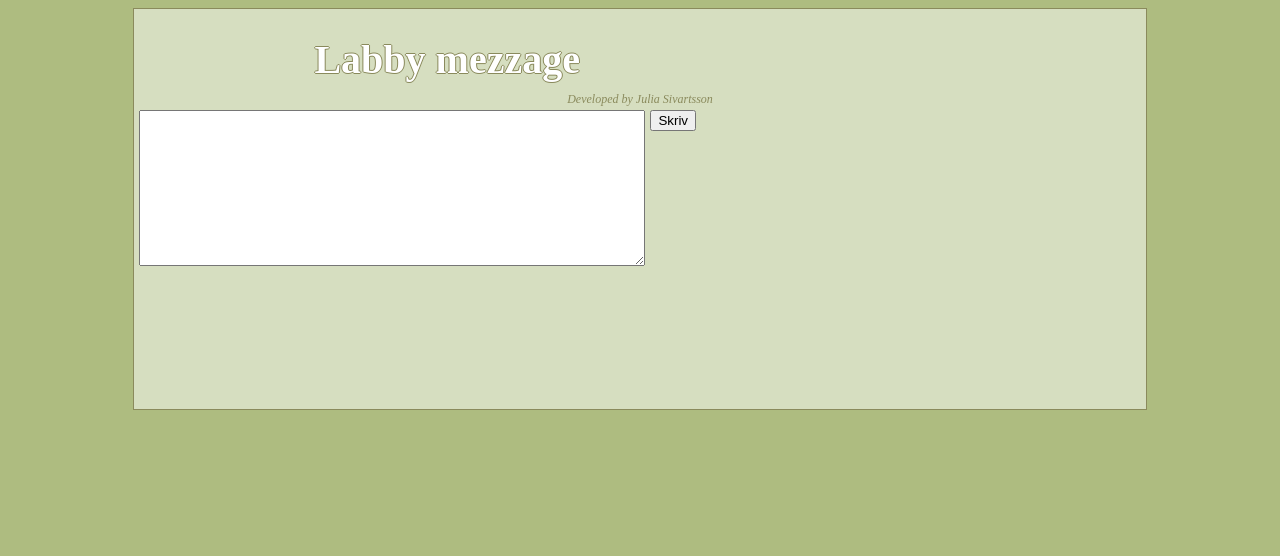
Repository: JuliaSivartsson/1dv403-jsigc09-laborationer
Page: 2-labbymezzage/Extraupgift/index.html
The author's editor kept a record of every edit. The page is drawn from the files as they stood at one moment, then again after the next edit.
The browser window is 1280 px wide. The pictures show the whole page.

Above is the page before.
Console error (its wording comes from the project's code and is left out).

### 2-labbymezzage/Extraupgift/index.html
<!DOCTYPE html>
<html lang="sv">
<head>
	<meta charset="UTF-8" />
    <link rel="stylesheet" type="text/css" href="css/style.css">
 	<title>Labby message</title>
</head>
    <body>
        <div id="content">
            <h1>Labby mezzage</h1>

            <div id="board1">
                <!--<div id="text">
                    <div id="count" class="right"></div>
                    <form action="post" name="form">
                        <textarea id="messagearea" name="messagearea" placeholder="write your message here"></textarea>
                        <input id="sendmessage" class="right button" type="button" value="Submit">
                    </form>
                    </div>
                    <div id="viewmessages">
                </div>-->
            </div>
            <div id="board2">
                <!--<div id="text">
                    <div id="count" class="right"></div>
                    <form action="post" name="form">
                        <textarea id="messagearea" name="messagearea" placeholder="write your message here"></textarea>
                        <input id="sendmessage" class="right button" type="button" value="Submit">
                    </form>
                    </div>
                    <div id="viewmessages">
                </div>-->
            </div>
        </div>

    	  <script src="js/MessageBoard.js"></script>
    	  <script src="js/Message.js"></script>

    </body>
<footer>
    <p>Developed by Julia Sivartsson</p>
</footer>
</html>

### 2-labbymezzage/Extraupgift/css/style.css
body{
    background-color: #AEBC80;
       font-family: serif;
       color: #8A8A5C;
}

h1{
   color: #fff;
   margin-left: 180px;
   font-size: 40px;
    text-shadow: -1px 0 #8A8A5C, 0 1px #8A8A5C, 1px 0 #8A8A5C, 0 -1px #8A8A5C;
}

#content{
    width: 80%;
    height: 400px;
    margin: 0 auto;
    border: 1px solid #8A8A5C;
    background-color: #D6DEC0;

}

#board1{
    float: left;
}

#board2{
    float: right;
}

#text{
    width: 520px;
    height: 220px;
    background-color: #fff;
    margin: 10px 20px 0 40px;
}

#text p{
    font-size: 15px;
    margin: 0 30px;
    padding-top: 10px;
}

#viewmessages{
    background-color: #D6DEC0;
    padding-left: 10px;
}

textarea{
    margin: 0 5px 5px;
    width: 500px;
    height: 150px;
}

footer{
    position: relative;
    top: -330px;
    width: 500px;
    height: 30px;
    margin: 0 auto;
}

footer p{
    font-size: 12px;
    font-style: italic;
    text-align: center;
}

.right{
    float: right;
    margin-right: 10px;
}

.button{
    float: right;
}

span{
    font-size: 10px;
}

### 2-labbymezzage/Extraupgift/js/MessageBoard.js
"use strict";

window.onload = function(){
    new MessageBoard("board1");
    new MessageBoard("board2");
    };

function MessageBoard(containerId){
    this.rootId = document.getElementById(containerId);
    this.messages = [];

    //Run methods on creation
    this.drawBoards();
    this.renderMessages();
}



MessageBoard.prototype.createMessage = function(){
        //Skapa nytt meddelande
        var text;
        var newMessage;

        text = this.rootId.getElementsByClassName("textarea")[0];
        console.log(text.value);

        //Är fältet tomt så händer ingenting
        if(text !== ""){
            newMessage = new Message(text, new Date());
        }



        this.messages.push(newMessage);
        this.renderMessages();

        text = "";
};

MessageBoard.prototype.renderMessage = function(messageID){
        //Skriv ut ETT meddelande

        var that = this;

        var mezzageShow = document.createElement("div");

        var viewmessages;
        var imgClock;
        var aClock;
        var imgRemove;
        var aRemove;
        var messageText;
        var spanTime;
        var time;
        var hr;



        MessageBoard.count();

    //Tidknapp
        imgClock = document.createElement("img");
        imgClock.setAttribute("src", "img/clock1.png");
        imgClock.setAttribute("alt", "Time");

        aClock = document.createElement("a");
        aClock.setAttribute("href", "#");
        aClock.setAttribute("class", "right");
        aClock.appendChild(imgClock);

        aClock.onclick = function(){
            alert(MessageBoard.messages[messageID].getDateText());
        };

    //Ta bort knapp
        imgRemove = document.createElement("img");
        imgRemove.setAttribute("src", "img/remove1.png");
        imgRemove.setAttribute("alt", "delete");

        aRemove = document.createElement("a");
        aRemove.setAttribute("href", "#");
        aRemove.setAttribute("class", "right");
        aRemove.appendChild(imgRemove);

        aRemove.onclick = function(){
            if(confirm("Are you sure you want to delete this message?")){
                MessageBoard.deleteMessage(messageID);
            }
            else{

            }
        };

    //Meddelandetext
        messageText = document.createElement("p");
        messageText.innerHTML = MessageBoard.messages[messageID].getHTMLText();
        var ourTime = new Date();

    //Tidsstämpel
        spanTime = document.createElement("span");
        time = ourTime.toLocaleTimeString();
        spanTime.innerHTML = time;

    //HR-tagg
        hr = document.createElement("hr");

        mezzageShow.appendChild(aClock);
        mezzageShow.appendChild(aRemove);
        mezzageShow.appendChild(messageText);
        mezzageShow.appendChild(spanTime);
        mezzageShow.appendChild(hr);

};

MessageBoard.prototype.renderMessages = function(){
        //Skriv ut ALLA meddelanden
        var that = this;

        var messageShow = document.getElementsByClassName("textarea")[0];
        var messageCount = document.getElementsByClassName("count")[0];

        //Rensar från tidigare utskrifter
        messageShow.innerHTML = "";
        messageCount = 0;

        var messageText = "";
        this.messages.forEach( function(message){

        });

        messageCount.innerHTML = this.count();
};

MessageBoard.prototype.deleteMessage = function(){
        //Radera meddelande
        MessageBoard.messages.splice(messageID, 1);
        MessageBoard.count();
        MessageBoard.renderMessages();
        //console.log("Deleted message " + messageID.innerHTML);
};

MessageBoard.prototype.count = function(){
        //Räknar antal meddelande
        return this.messages.length + " messages";
};


MessageBoard.prototype.drawBoards = function(){
            var that = this;
        var mezzageMain = document.createElement("div");
        mezzageMain.className = "text";
        this.rootId.appendChild(mezzageMain);

        var mezzageCount = document.createElement("div");
        mezzageCount.className = "count";
        this.rootId.appendChild(mezzageCount);

        var mezzageTextarea = document.createElement("textarea");
        mezzageTextarea.className = "textarea";
        mezzageTextarea.onkeypress = function(e){
            if(e.keyCode == 13 && !e.shiftKey){
                console.log("enter pressed");
                e.preventDefault();
                that.createMessage();
            }
        };

        this.rootId.appendChild(mezzageTextarea);

        that.count();

        //Referens till submit-knappen
        var mezzageButton = document.createElement("button");
        mezzageButton.className = "button";
        var buttonText = document.createTextNode("Skriv");
        mezzageButton.appendChild(buttonText);

        this.rootId.appendChild(mezzageButton);

        mezzageButton.onclick = function(e){
            that.createMessage();
        };

};

### 2-labbymezzage/Extraupgift/js/Message.js
"use strict";

function Message(message, date){

    this.getText = function(){
        return message;
    }

    this.setText = function(_text){
        message = _text;
    }

    this.getDate = function(){
        return date;
    }

    this.setDate = function(_date){
        date = _date;
    }

}

Message.prototype.toString = function(){
    return this.getText() + " ("+this.getDate()+")";
}

Message.prototype.getHTMLText = function(){
    return this.getText().replace(/[\n]/g, "<br />");
}

Message.prototype.getDateText = function(){
	var i = this.getDate().getMonth();
	var months = ["january", "february", "march", "april", "may", "june", "july", "august", "september", "october", "november", "december"];

	return	"Created "+this.getDate().getDate()+" " +months[i]+" "+this.getDate().getFullYear()+" at "+this.getDate().toLocaleTimeString();
}

After the next edit:
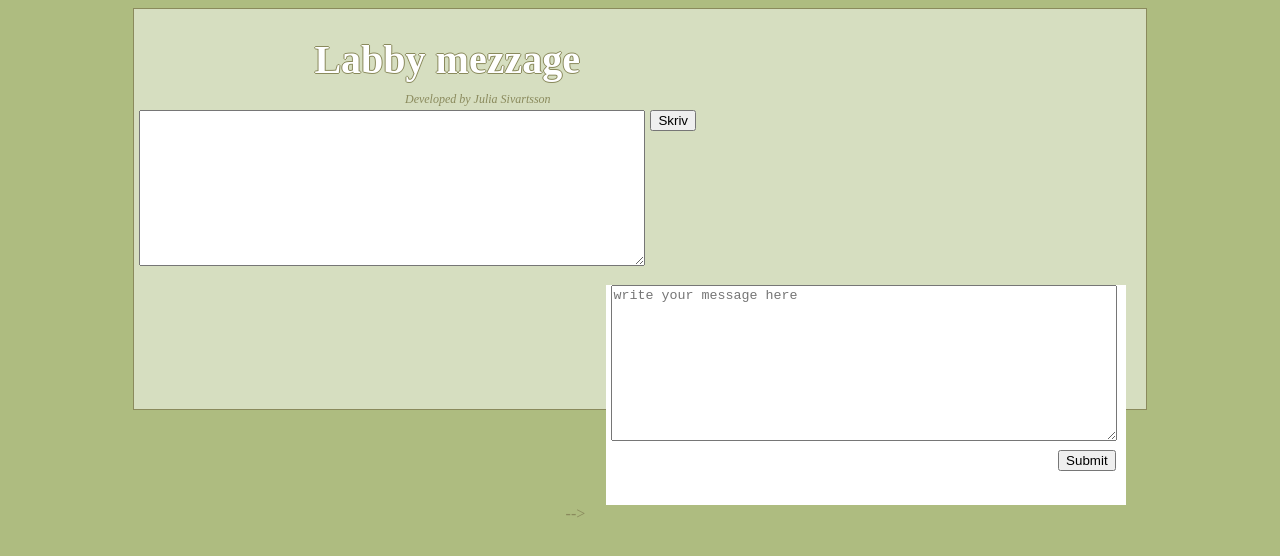
The edit:
--- a/2-labbymezzage/Extraupgift/index.html
+++ b/2-labbymezzage/Extraupgift/index.html
@@ -21,7 +21,7 @@
                 </div>-->
             </div>
             <div id="board2">
-                <!--<div id="text">
+                <div id="text">
                     <div id="count" class="right"></div>
                     <form action="post" name="form">
                         <textarea id="messagearea" name="messagearea" placeholder="write your message here"></textarea>
